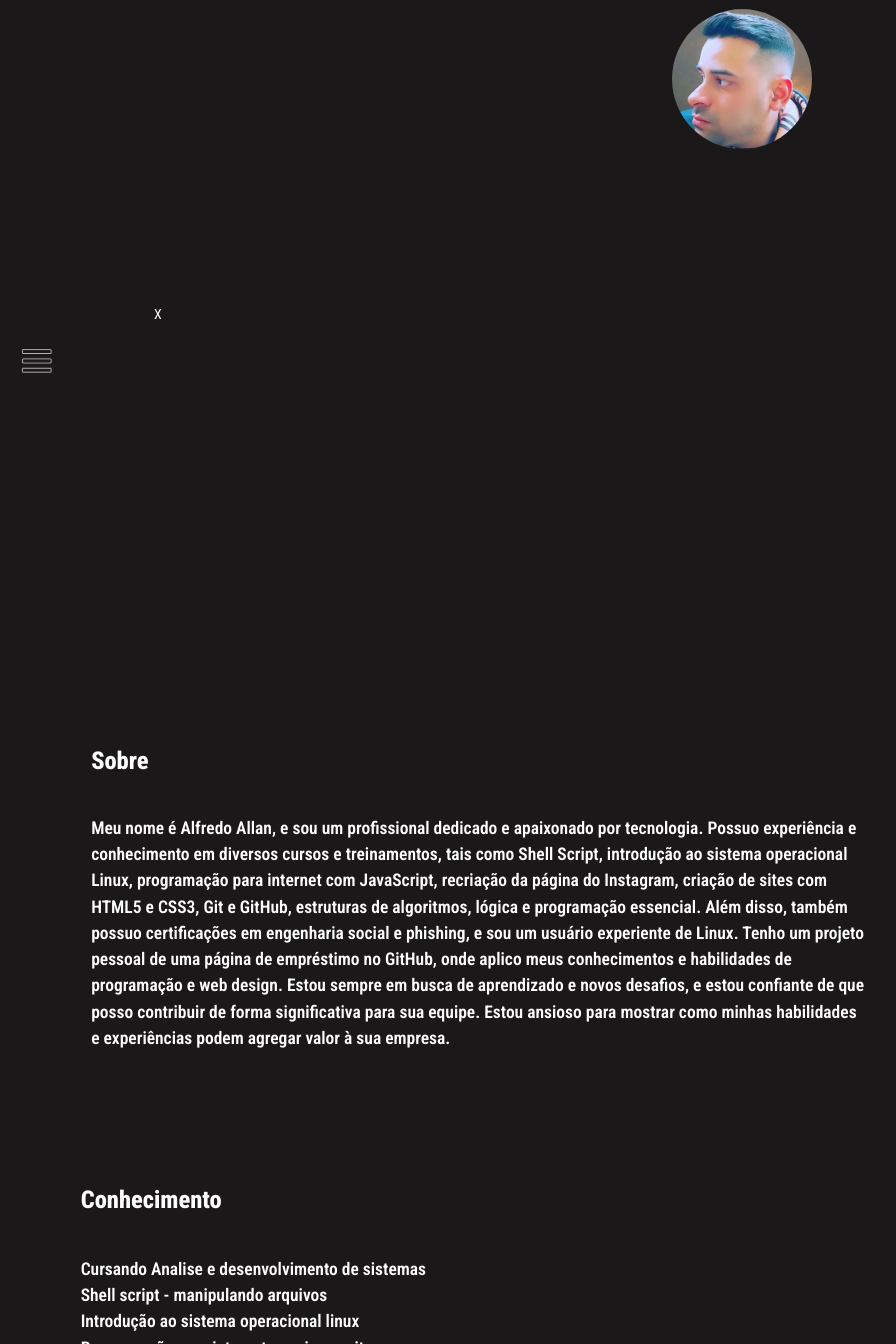
Repository: alfredo-allan/Portfolio
Page: index.html
An editor plug-in stored every save of this project. The page is shown before and after the next save, followed by the edit.
The browser window is 1280 px wide. The pictures show the part of the page from y = 0 to 1920 px (the page is 5283 px tall before and 5427 px after), at 70% of full size.

Above is the page before, as saved 2024-05-30 12:15:28.

After the next save:
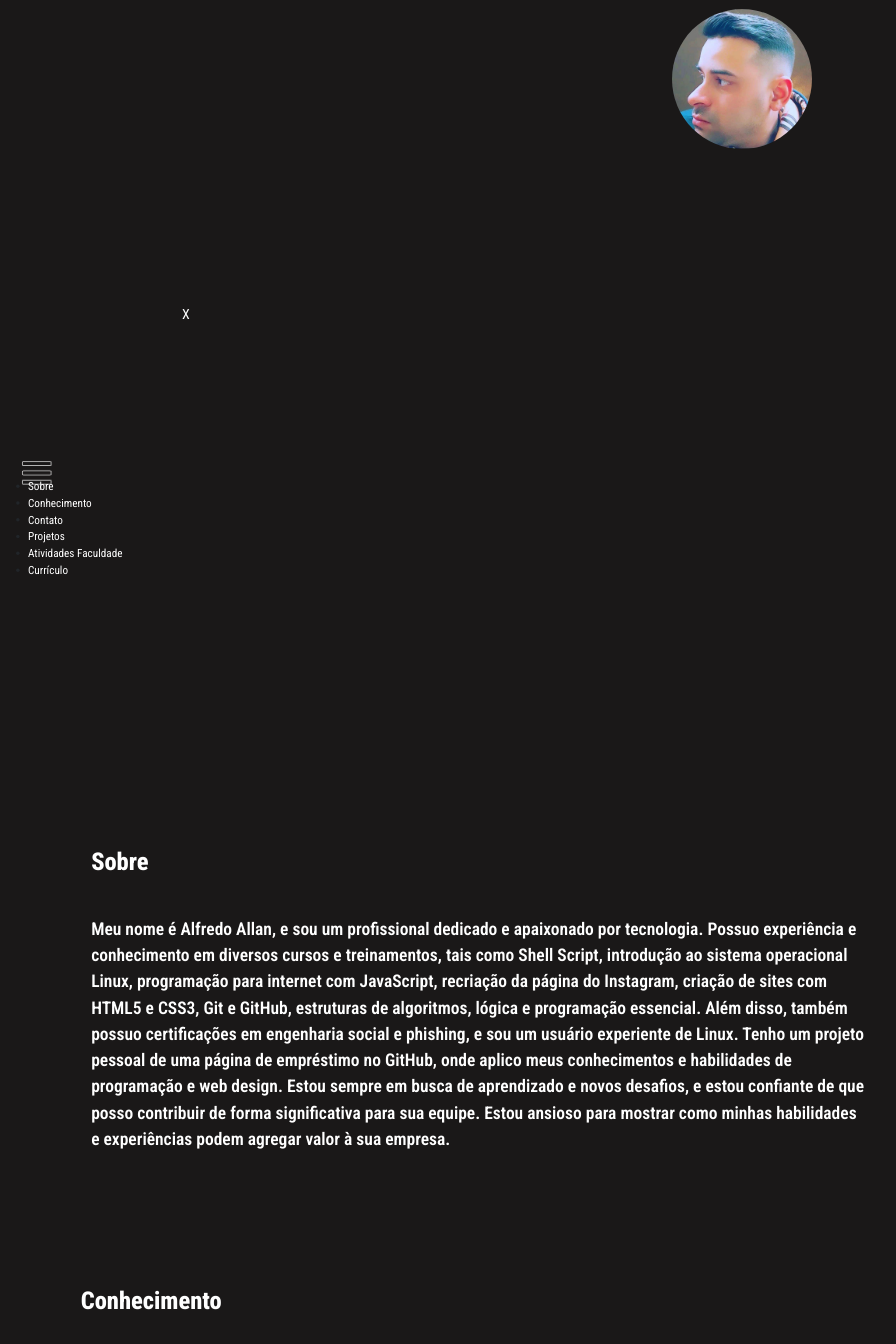
Saved 31 s later.
--- a/index.html
+++ b/index.html
@@ -16,13 +16,13 @@
     />
 
     <title>Portfolio</title>
-    <body>
     <div class="foto-perfil">
       <img src="./src/assets/images/foto-perfil.jpeg" alt="Minha Foto" />
     </div>
-    <div id="menu-container">
-      <span id="close-icon">X</span>
-      <ul id="menu">
+    <div id="menu-options">
+      <ul>
+        <span id="close-icon">X</span>
+        <br />
         <li><a href="#Sobre">Sobre</a></li>
         <li><a href="#Conhecimento">Conhecimento</a></li>
         <li><a href="#Contato">Contato</a></li>
